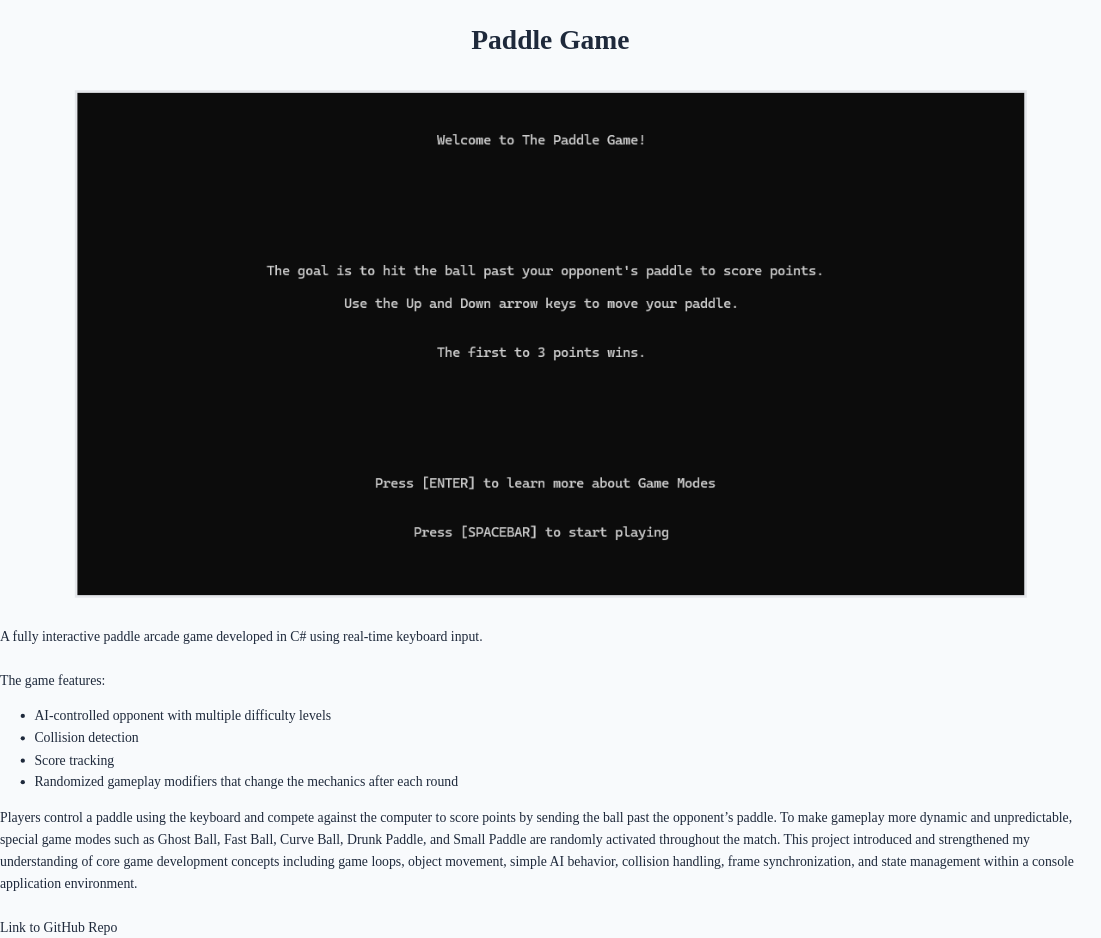
Repository: alison-cunningham/alison-cunningham
Page: pages/paddle-game.html
These files come from the project's save history. The page is drawn as it stood at one moment and after the next save; the edit follows.
The browser window is 1280 px wide. The pictures show the whole page, at 86% of full size.
Some web fonts or font styles are not loaded; a fallback is used.

Above is the page before, as saved 2026-05-08 21:00:03.

### pages/paddle-game.html
<!DOCTYPE html>
<html lang="en">
<head>
    <meta charset="UTF-8" />
    <title>Project - Paddle Game</title>
    <meta name="viewport" content="width=device-width, initial-scale=1.0">
    <link rel="stylesheet" href="../styles/globals.css"/>
    <link rel="stylesheet" href="../styles/pages.css">
</head>
<body>
    <header class="project-header">
        <h1>Paddle Game</h1>
    </header>

    <img src="../assets/images/paddle-game-screenshot-2.png" alt="Screenshot from Paddle Game gameplay">

    <section class="project-description">
        A fully interactive paddle arcade game developed in C# using real-time keyboard input.

        <br><br>

        The game features:
        <ul>
            <li>AI-controlled opponent with multiple difficulty levels</li>
            <li>Collision detection</li>
            <li>Score tracking</li>
            <li>Randomized gameplay modifiers that change the mechanics after each round</li>
        </ul>

        Players control a paddle using the keyboard and compete against the computer to score points by sending the ball past the opponent’s paddle.
        To make gameplay more dynamic and unpredictable, special game modes such as Ghost Ball, Fast Ball, Curve Ball, Drunk Paddle, and Small Paddle are randomly activated throughout the match.
        This project introduced and strengthened my understanding of core game development concepts including game loops, object movement, simple AI behavior, collision handling, frame synchronization, and state management within a console application environment.
    </section>

    <br>
    <a href="https://github.com/alison-cunningham/PaddleGame-2D-Collision-Simulation.git">
        Link to GitHub Repo
    </a>

</body>

</html>

### styles/globals.css
@font-face{
    font-family: 'Radio-Canada';
    src: url('../assets/fonts/Radio_Canada/RadioCanada-VariableFont_wdth\,wght.ttf')
}



body{
    font-family: 'Radio-Canada';

    background-color: #f8fafc;
    color: #1e293b;

    line-height: 1.6;
    font-size: 1rem;

    margin: 0;
    overflow-x: hidden;
}


a{
    text-decoration: none;
    color: inherit;
}

h3{
    font-size: 1.4rem;
    margin-bottom: 1rem;
    color: #0f172a;
}

### styles/pages.css
.project-header{
    display: grid;
    justify-content: center;
    text-align: center;

    padding: 0;
}

header{
    display: grid;
    justify-content: center;
    text-align: center;
}

h1{
    margin-bottom: 0;
}

nav{
    width: 100%;
    background-color: #ffffff;

    border-bottom: .2rem solid #e5e7eb;
    border-top: .2rem solid #e5e7eb;

    display: flex;
    flex-direction: row;
    justify-content: space-evenly;

    align-items: center;

}

nav a{

    flex: 0 0 auto;

    text-decoration: none;
    color: #60a5fa;

    padding: 1rem;
    border-radius: .5rem;

    font-size: 1.1rem;
    font-weight: 600;

    transition:
    background-color 0.3s ease,
    color 0.3s ease,
    transform 0.2s ease;
}

nav a:hover{
    background-color: #34d399;
    color: white;
}

img{
    display: block;
    max-width: 90%;
    margin: 2rem auto;
    border: .2rem solid #e5e7eb;
}


iframe{
    width: 100%;
    min-height: 80vh;
    border: 0;
}

After the next save:
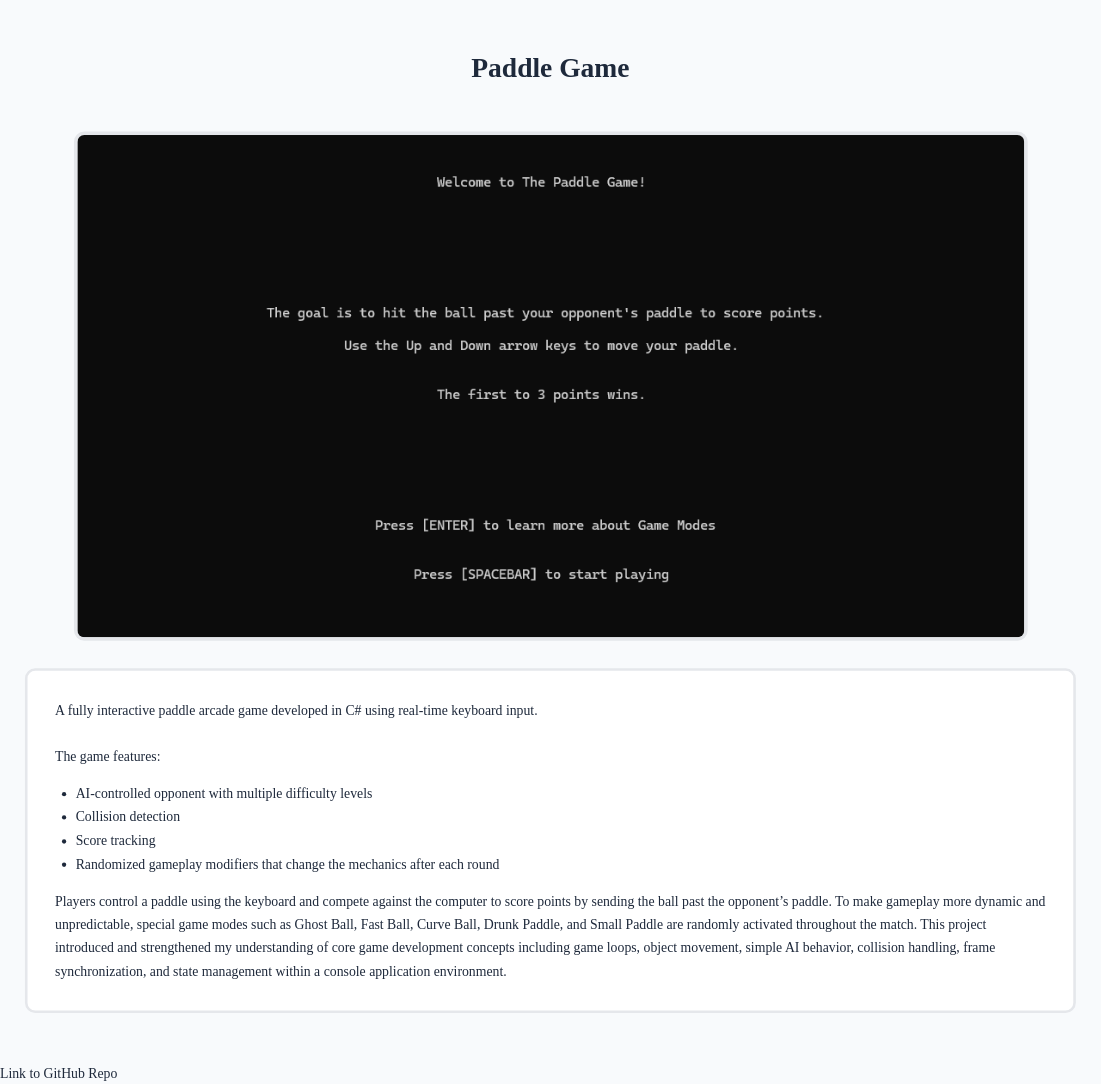
Saved 9 min 50 s later.
--- a/styles/pages.css
+++ b/styles/pages.css
@@ -3,7 +3,7 @@
     justify-content: center;
     text-align: center;
 
-    padding: 0;
+    padding: 2rem 1rem 1rem;
 }
 
 header{
@@ -59,9 +59,49 @@ img{
     display: block;
     max-width: 90%;
     margin: 2rem auto;
-    border: .2rem solid #e5e7eb;
+    border: .3rem solid #e5e7eb;
+    border-radius: .75rem;
 }
 
+.project-description{
+    max-width: 90%;
+
+    margin: 0 auto 2rem;
+    padding: 2rem;
+
+    background-color: #ffffff;
+    border: .2rem solid #e5e7eb;
+    border-radius: .75rem;
+
+    line-height: 1.7;
+}
+
+.project-description ul{
+    margin-top: 1rem;
+    margin-bottom: 1rem;
+    padding-left: 1.5rem;
+}
+
+.project-link{
+    display: block;
+    width: fit-content;
+
+    margin: 0 auto 3rem;
+
+    background-color: #60a5fa;
+    color: white;
+
+    text-decoration: none;
+
+    border-radius: .5rem;
+
+    transition: background-color 0.3s ease;
+    transition: transform 0.2s ease;
+}
+
+.project-link:hover{
+    background-color: #34d399;
+}
 
 iframe{
     width: 100%;
